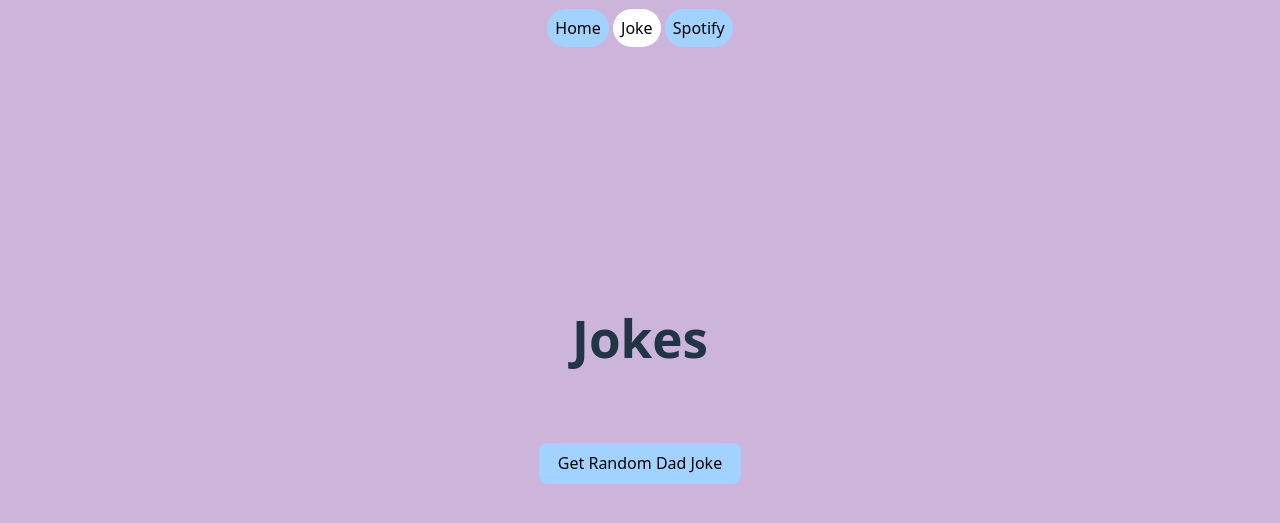
Repository: rosieomusic/spotify-react
Page: /joke
The author's editor kept a copy of each file at every save. The page is drawn from the files as they stood at one save, then again after the next save.
The browser window is 1280 px wide. The pictures show the whole page.
The page's requests for data from a server got no answer. The project was rebuilt for these pictures with package versions that can differ from the ones it lists, and the page was loaded fresh each time. No one was signed in, and anything a server would have sent is missing. Settings that the repository does not hold, such as keys and server addresses, were given made-up values. Also part of the build but not shown: vite.config.js, src/pages/HomePage.jsx, src/services/SpotifyService.js, src/components/AlbumComponent.jsx, src/pages/SpotifyPage.jsx.

Above is the page before, as saved 2025-05-09 19:22:17.

After the next save:
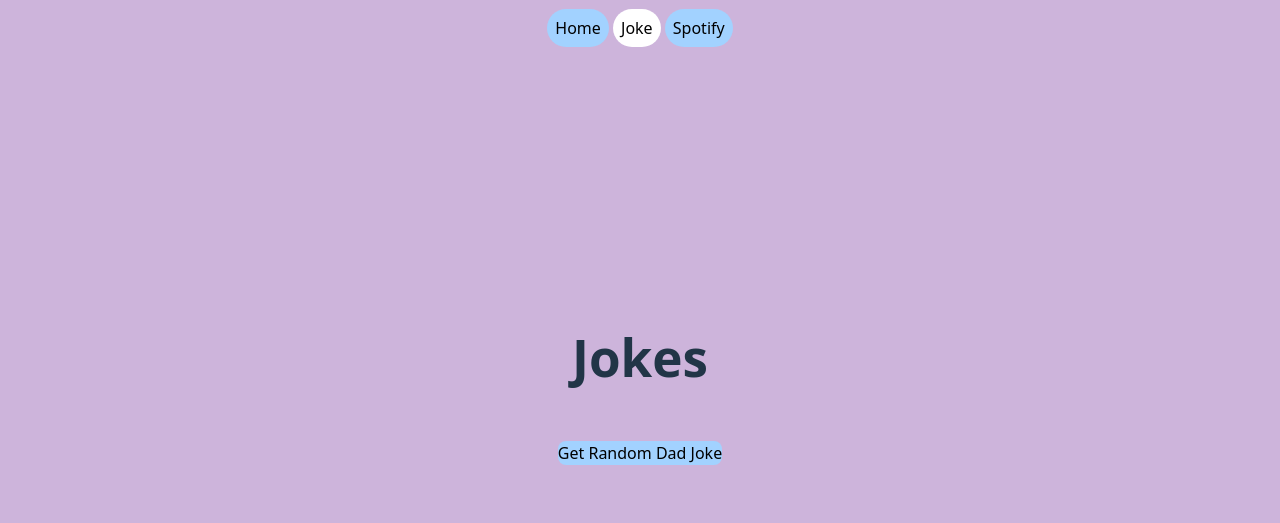
Saved 87 s later.
--- a/src/App.css
+++ b/src/App.css
@@ -27,6 +27,11 @@ button {
 	background-color: #a2d2ff;
 	border: none;
 	margin-top: 20px;
+	padding: 0;
+	margin: 0;
+	font: inherit;
+	cursor: pointer;
+	outline: none;
 }
 h1,
 p {
